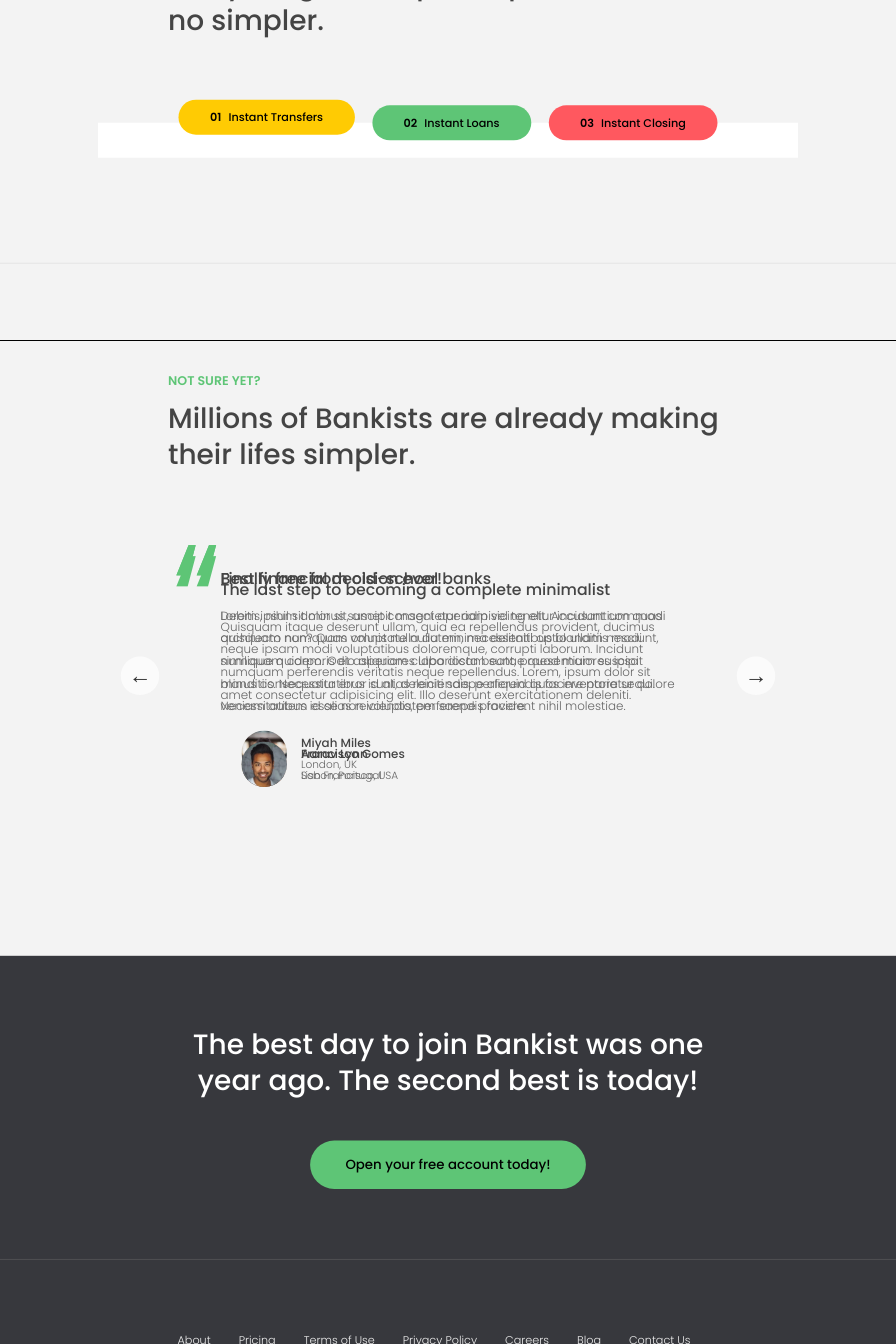
Repository: jiahow99/Javascript-Dom-Udemy
Page: index.html
An editor plug-in stored every save of this project. The page is shown before and after a run of saves, followed by the edit.
The browser window is 1280 px wide. The pictures show the part of the page from y = 2419 to 4339 px (the page is 4625 px tall before and 4886 px after), at 70% of full size.

Above is the page before, as saved 2023-01-31 23:46:40.

After the next 2 saves:
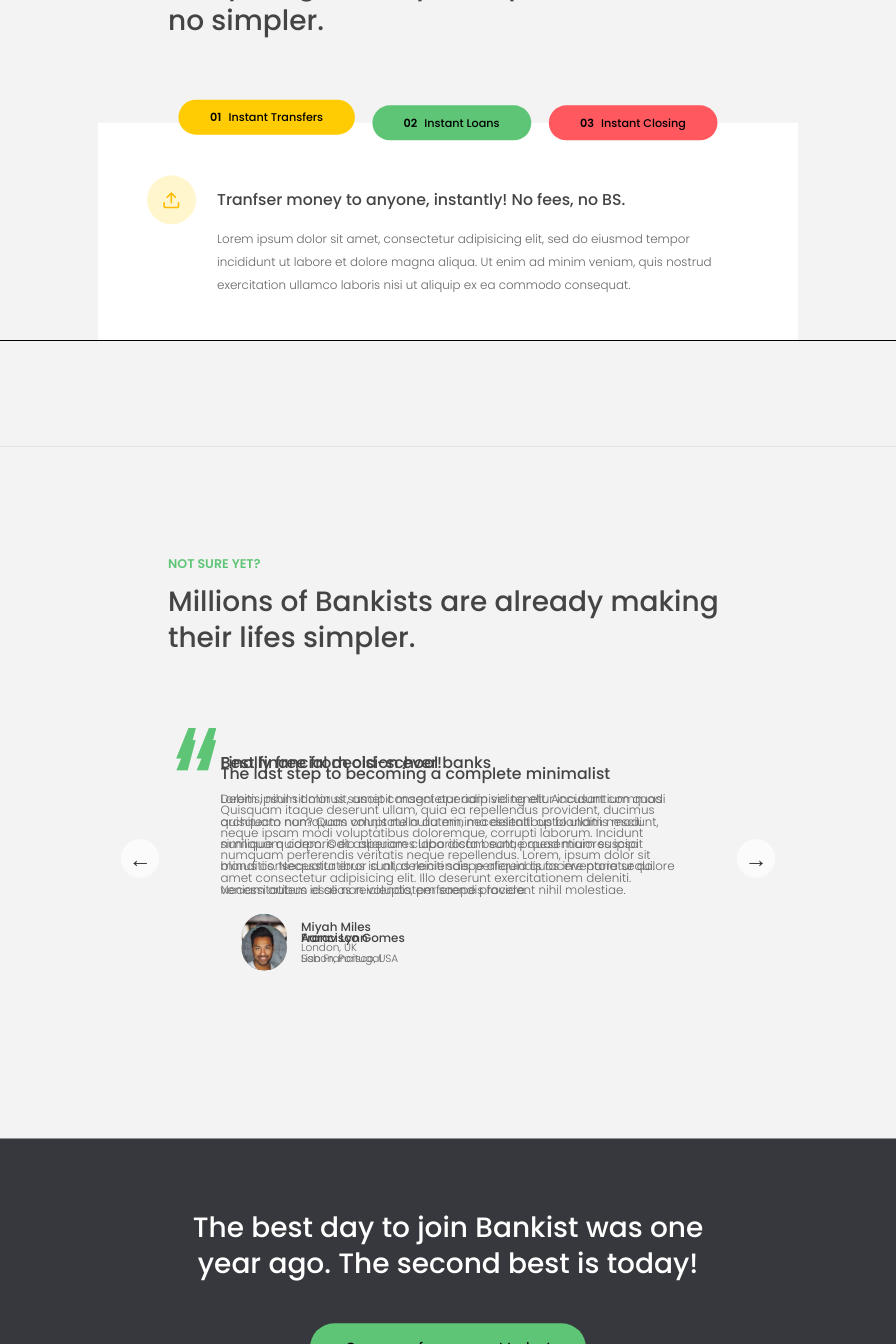
The 2 saves are shown as one change because they came seconds apart.
The last was saved 6 s later.
--- a/style.css
+++ b/style.css
@@ -322,11 +322,11 @@
   padding: 2.5rem 7rem 6.5rem 7rem;
 }
 
-/* .operations__content--active {
+.operations__content--active {
   display: grid;
   grid-template-columns: 7rem 1fr;
   column-gap: 3rem;
-  row-gap: 0.5rem; */
+  row-gap: 0.5rem;
 }
 
 .operations__header {
